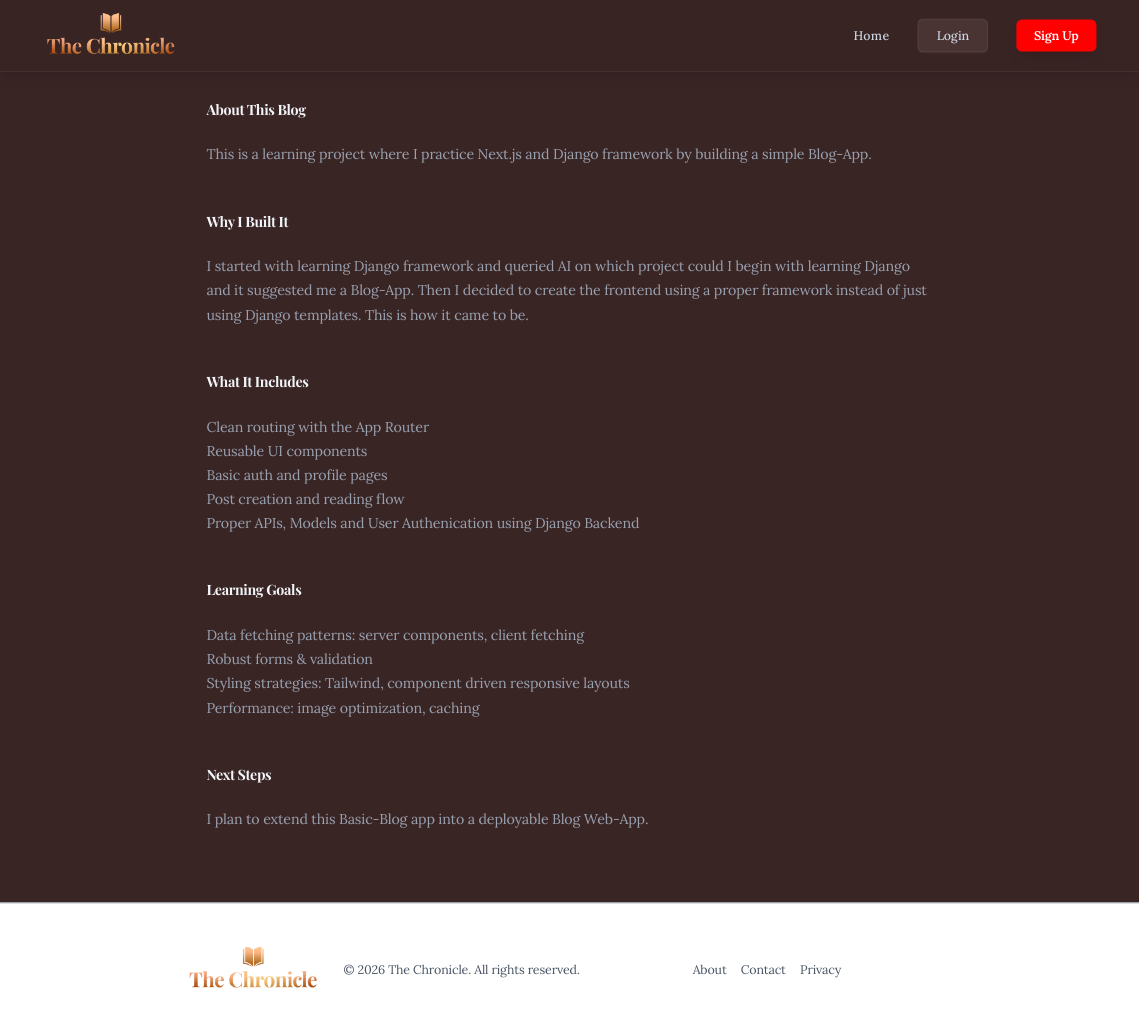
Repository: swaruplamsal/BasicBlogApp
Page: /about (app in blog-frontend/)
The author's editor kept a copy of each file at every save. The page is drawn from the files as they stood at one save, then again after a run of saves.
The browser window is 1280 px wide. The pictures show the whole page, at 89% of full size.
The page's requests for data from a server got no answer. The project was rebuilt for these pictures with package versions that can differ from the ones it lists, and the page was loaded fresh each time. The framework's server and built-in components were replaced by stand-ins that run in the browser. No one was signed in, and anything a server would have sent is missing. Also part of the build but not shown: blog-frontend/next.config.mjs, blog-frontend/app/components/Avatar.js.

Above is the page before, as saved 2026-02-07 21:13:09.

After the next 3 saves:
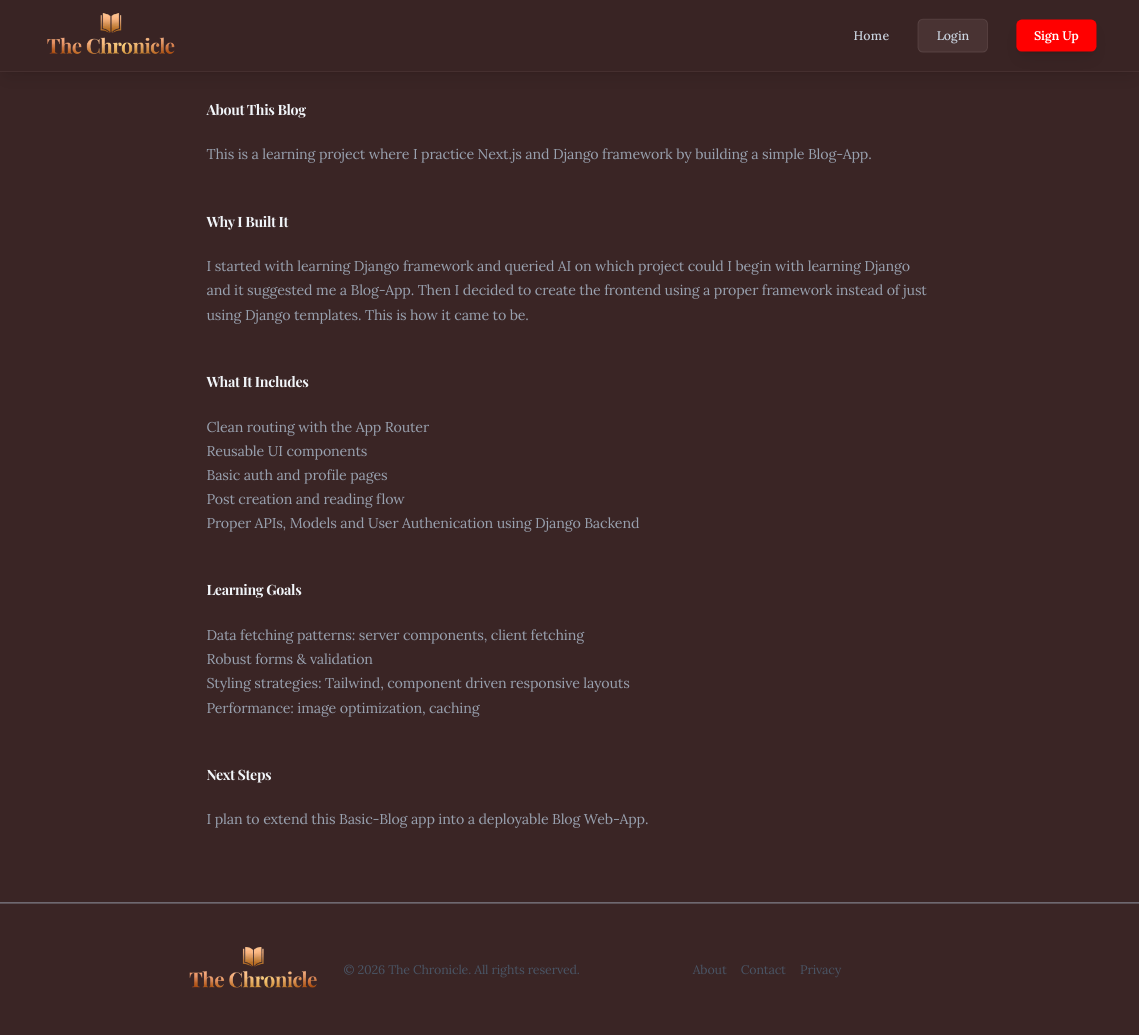
The 3 saves are shown as one change because they came seconds apart.
The last was saved 12 s later.
--- a/blog-frontend/app/components/Footer.js
+++ b/blog-frontend/app/components/Footer.js
@@ -4,7 +4,7 @@ import SocialLinks from "./SocialLinks";
 
 export default function Footer() {
   return (
-    <footer className="border-t mt-12 py-8 bg-white dark:bg-gray-900">
+    <footer className="border-t mt-12 py-8 bg- dark:bg-gray-900">
       <div className="max-w-4xl mx-auto px-4 flex flex-col md:flex-row items-center justify-between gap-4">
         <div className="flex items-center space-x-3">
           <Link href="/" className="flex items-center">
